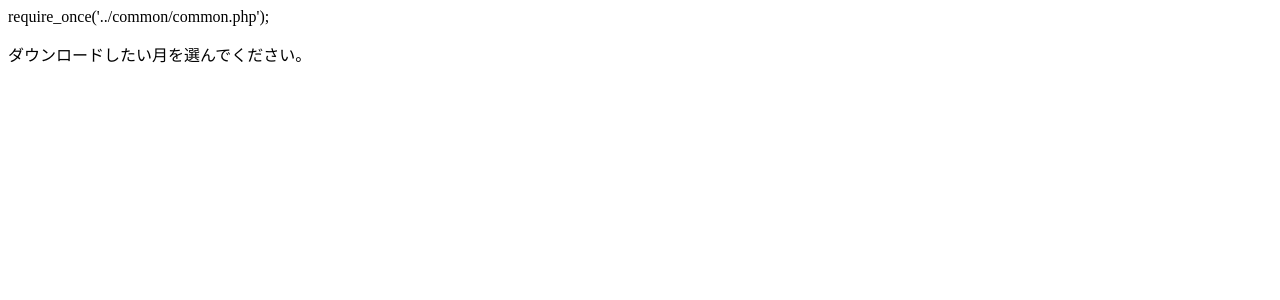
Repository: hayashikazuki/quroud9
Page: http://localhost/hurugi_keisan/product/hurugi_download.php
The author's editor kept a record of every edit. The page is drawn from the files as they stood at one moment, then again after the next edit.
The browser window is 1280 px wide. The pictures show the whole page.
The page is run by PHP 8.4 with error messages shown; the project is at /var/www/html/.

Above is the page before.

### hurugi_keisan/product/hurugi_download.php
<!DOCTTYPE>
<html lang="ja">
    <head>
        <meta charaset="UTF-8">
        <title>古着管理アプリ</title>
    </head>
    <body>

    require_once('../common/common.php');

    <p>ダウンロードしたい月を選んでください。</p>
    <form method="post action="hurugi.download_done.php">


    </body>
</html>

After the next edit:
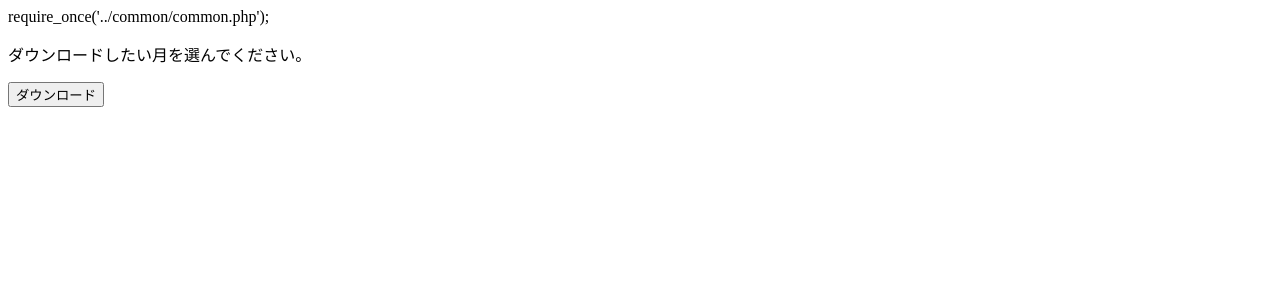
The edit:
--- a/hurugi_keisan/product/hurugi_download.php
+++ b/hurugi_keisan/product/hurugi_download.php
@@ -9,8 +9,10 @@
     require_once('../common/common.php');
 
     <p>ダウンロードしたい月を選んでください。</p>
-    <form method="post action="hurugi.download_done.php">
+    <form method="post" action="hurugi.download_done.php">
 
+    <input type="submit" value="ダウンロード">
+    </form>
 
     </body>
 </html>
